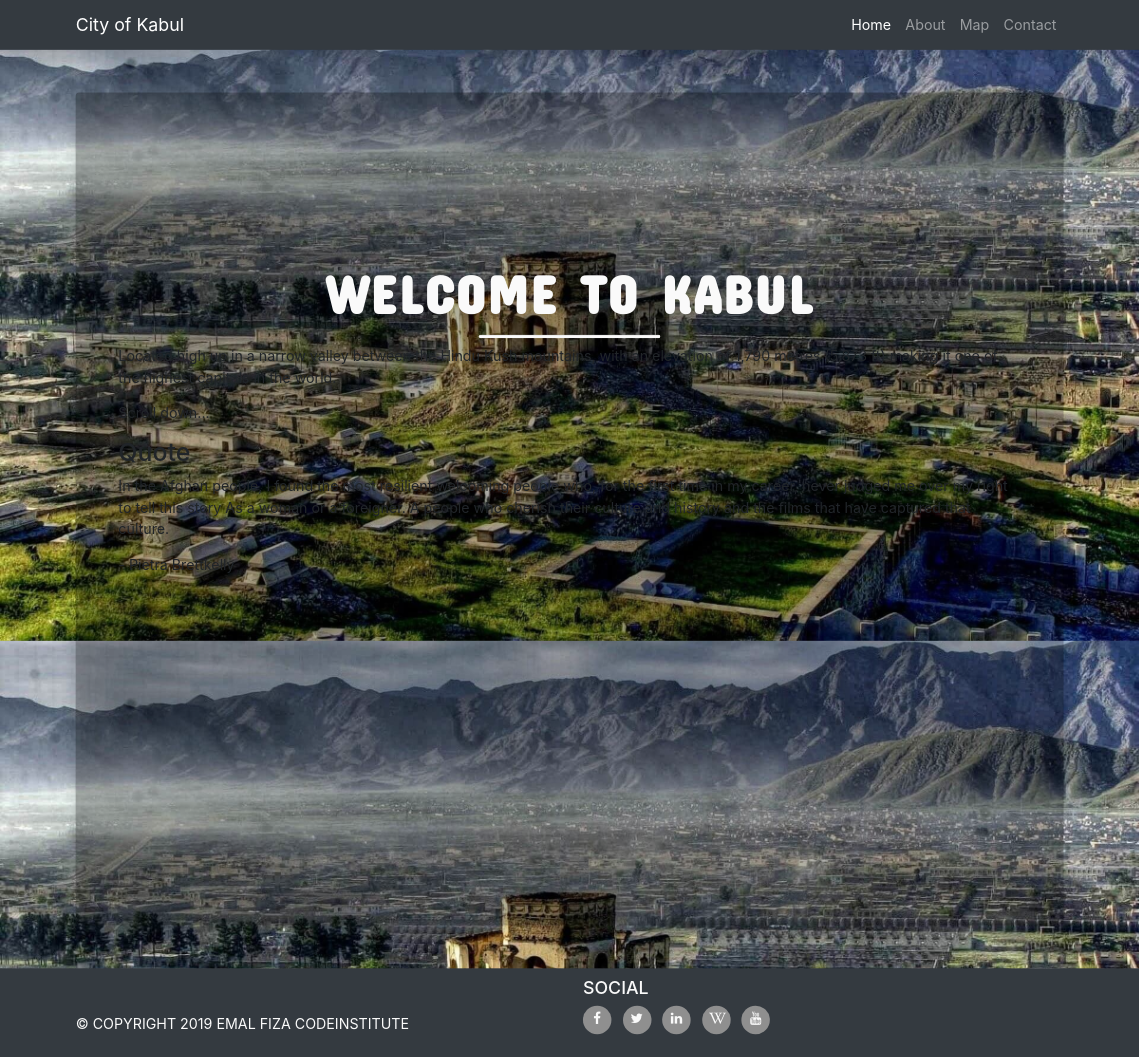
Repository: emalfiza/project-kabul
Page: index.html
The author's editor kept a record of every edit. The page is drawn from the files as they stood at one moment, then again after the next edit.
The browser window is 1280 px wide. The pictures show the whole page, at 89% of full size.
Backgrounds fixed to the window are drawn as part of the page. Some web fonts or font styles are not loaded; a fallback is used. Some web libraries are served in a nearby version.

Above is the page before.

After the next edit:
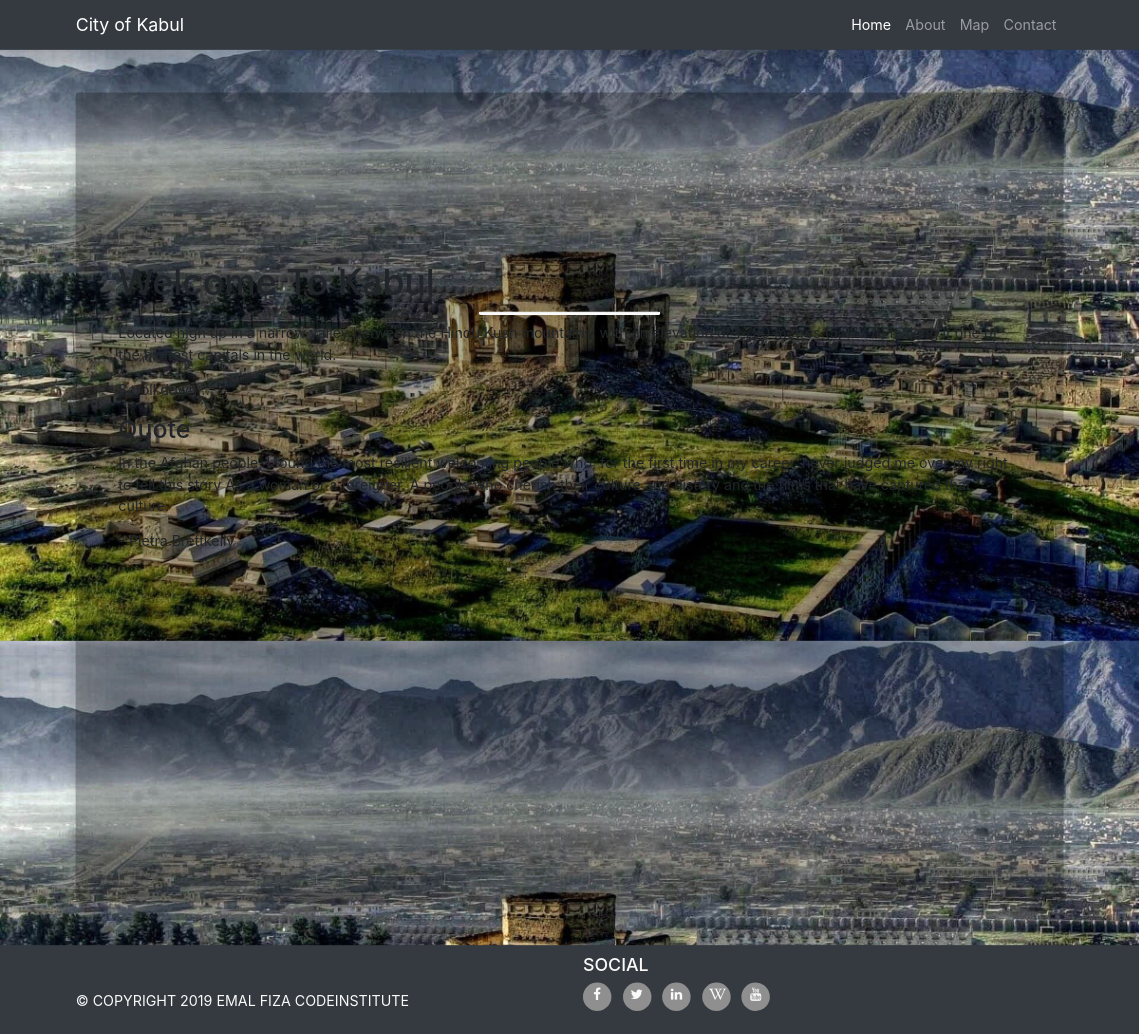
The edit:
--- a/index.html
+++ b/index.html
@@ -51,7 +51,7 @@
       <div class="card border-0 shadow my-5">
         <div class="card-body p-5">
           <div class="context">
-            <h1 class="title">Welcome To Kabul</h1>
+            <h1>Welcome To Kabul</h1>
             <hr>
             <p>Located high up in a narrow valley between the Hindu Kush mountains, with an elevation of 1,790 metres (5,873 ft) making it one of the highest capitals in the world.</p>
             <p>Scroll down...</p>
